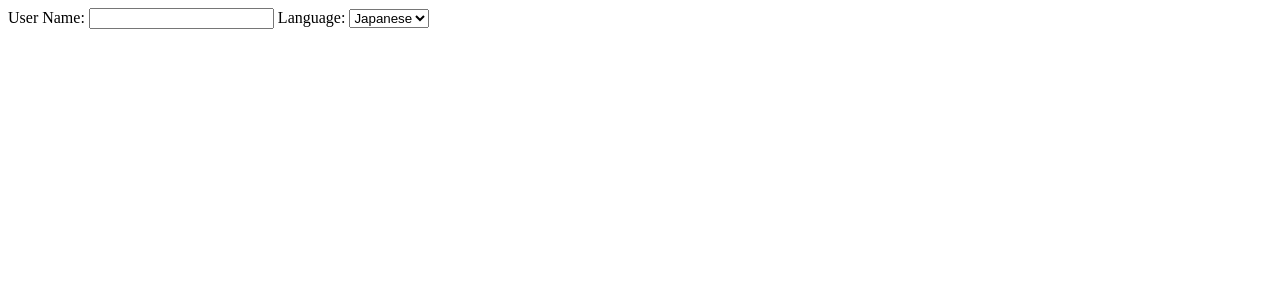
Repository: jayjaganathan/mysolutions
Page: http://localhost/QA_Pro/
These files come from the project's save history. The page is drawn as it stood at one moment and after the next save; the edit follows.
The browser window is 1280 px wide. The pictures show the whole page.
The page is served by Tomcat 9. Other server files are loaded and not shown.

Above is the page before, as saved 2015-03-15 23:15:29.

### workspace/eclipse/QA_Pro/WebContent/index.jsp
<%@ page language="java" contentType="text/html; charset=UTF-8"
    pageEncoding="ISO-8859-1"%>
<!DOCTYPE html PUBLIC "-//W3C//DTD HTML 4.01 Transitional//EN" "http://www.w3.org/TR/html4/loose.dtd">
<html>
<head>
<meta http-equiv="Content-Type" content="text/html; charset=UTF-8">
<title>Insert title here</title>
</head>
<body>
    <form method="post" action="RegisterMethod">
    	User Name: <input type="text"/>
    	Language: <select size="1">
    		<option>Japanese</option>
    		<option>Tamil</option>
    		<option>English</option>
    	</select>

    	<input type="Submit" value="Send'></input>
    </form>
</body>
</html>

After the next save:
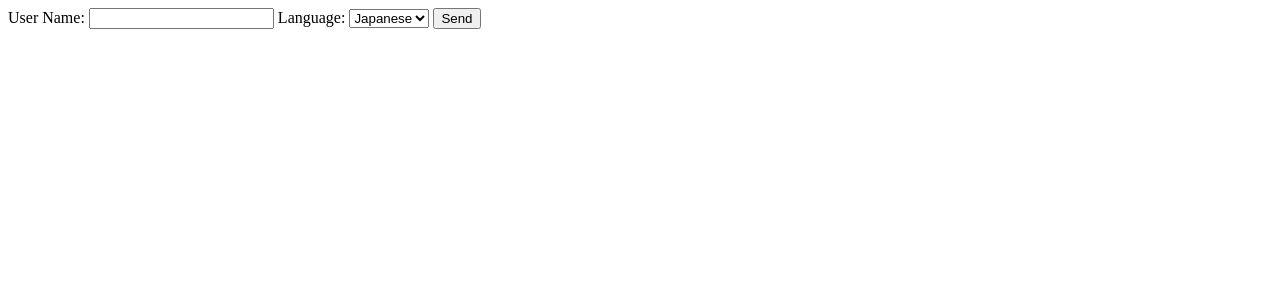
Saved 6 s later.
--- a/workspace/eclipse/QA_Pro/WebContent/index.jsp
+++ b/workspace/eclipse/QA_Pro/WebContent/index.jsp
@@ -15,7 +15,7 @@
     		<option>English</option>
     	</select>
 
-    	<input type="Submit" value="Send'></input>
+    	<input type="Submit" value="Send"></input>
     </form>
 </body>
 </html>
